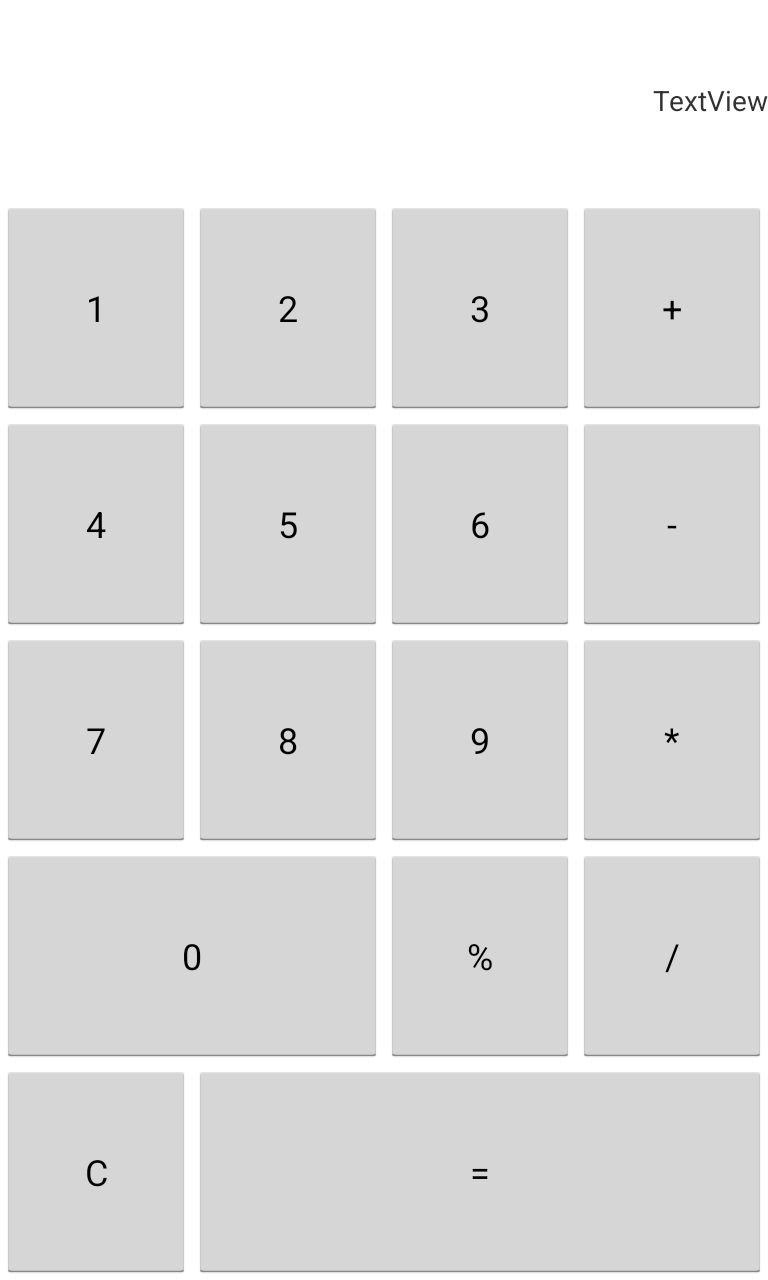
Repository: DoTrungKien96/Android
Layout: Baitap Android/thuchanh1/res/layout/activity_main.xml
The author's editor kept a copy of each file at every save. The layout is drawn from the files as they stood at one save, then again after the next save.
It is drawn on a 768 x 1280 px phone screen (xhdpi) without system bars, with theme AppTheme; the app's code is not run.

Above is the layout before, as saved 2017-05-08 13:19:09.

### Baitap Android/thuchanh1/res/layout/activity_main.xml
<LinearLayout xmlns:android="http://schemas.android.com/apk/res/android"
    xmlns:tools="http://schemas.android.com/tools"
    android:layout_width="match_parent"
    android:layout_height="match_parent"

    tools:context=".MainActivity"
    android:orientation="vertical"
    >

    <RelativeLayout
        android:layout_width="match_parent"
        android:layout_height="100dp" >

        <TextView
            android:id="@+id/txtkq"
            android:layout_width="wrap_content"
            android:layout_height="wrap_content"
            android:layout_alignParentRight="true"
            android:layout_centerVertical="true"
            android:text="TextView" />

    </RelativeLayout>

    <LinearLayout
        android:layout_width="match_parent"
        android:layout_height="0dp"
        android:layout_weight="1" >

        <Button
            android:id="@+id/btn1"
            android:layout_width="0dp"
            android:layout_height="match_parent"
            android:layout_weight="1"
            android:text="1" />

        <Button
            android:id="@+id/btn2"
            android:layout_width="0dp"
            android:layout_height="match_parent"
            android:layout_weight="1"
            android:text="2" />

        <Button
            android:id="@+id/btn3"
            android:layout_width="0dp"
            android:layout_height="match_parent"
            android:layout_weight="1"
            android:text="3" />

        <Button
            android:id="@+id/btncong"
            android:layout_width="0dp"
            android:layout_height="match_parent"
            android:layout_weight="1"
            android:text="+" />

    </LinearLayout>

    <LinearLayout
        android:layout_width="match_parent"
        android:layout_height="0dp"
        android:layout_weight="1" >

        <Button
            android:id="@+id/btn4"
            android:layout_width="0dp"
            android:layout_height="match_parent"
            android:layout_weight="1"
            android:text="4" />

        <Button
            android:id="@+id/btn5"
            android:layout_width="0dp"
            android:layout_height="match_parent"
            android:layout_weight="1"
            android:text="5" />

        <Button
            android:id="@+id/btn6"
            android:layout_width="0dp"
            android:layout_height="match_parent"
            android:layout_weight="1"
            android:text="6" />

        <Button
            android:id="@+id/btntru"
            android:layout_width="0dp"
            android:layout_height="match_parent"
            android:layout_weight="1"
            android:text="-" />

    </LinearLayout>

    <LinearLayout
        android:layout_width="match_parent"
        android:layout_height="0dp"
        android:layout_weight="1" >

        <Button
            android:id="@+id/btn7"
            android:layout_width="0dp"
            android:layout_height="match_parent"
            android:layout_weight="1"
            android:text="7" />

        <Button
            android:id="@+id/btn8"
            android:layout_width="0dp"
            android:layout_height="match_parent"
            android:layout_weight="1"
            android:text="8" />

        <Button
            android:id="@+id/btn9"
            android:layout_width="0dp"
            android:layout_height="match_parent"
            android:layout_weight="1"
            android:text="9" />

        <Button
            android:id="@+id/btnnhan"
            android:layout_width="0dp"
            android:layout_height="match_parent"
            android:layout_weight="1"
            android:text="*" />

    </LinearLayout>

    <LinearLayout
        android:layout_width="match_parent"
        android:layout_height="0dp"
        android:layout_weight="1" >

        <Button
            android:id="@+id/btn0"
            android:layout_width="0dp"
            android:layout_height="match_parent"
            android:layout_weight="2"
            android:text="0" />

        <Button
            android:id="@+id/btnptram"
            android:layout_width="0dp"
            android:layout_height="match_parent"
            android:layout_weight="1"
            android:text="%" />

        <Button
            android:id="@+id/btnchia"
            android:layout_width="0dp"
            android:layout_height="match_parent"
            android:layout_weight="1"
            android:text="/" />

    </LinearLayout>

    <LinearLayout
        android:layout_width="match_parent"
        android:layout_height="0dp"
        android:layout_weight="1" >

        <Button
            android:id="@+id/btnxoa"
            android:layout_width="0dp"
            android:layout_height="match_parent"
            android:layout_weight="1"
            android:text="C" />

        <Button
            android:id="@+id/btnbang"
            android:layout_width="0dp"
            android:layout_height="match_parent"
            android:layout_weight="3"
            android:text="=" />

    </LinearLayout>
</LinearLayout>

Loaded but not shown: Baitap Android/thuchanh1/res/values/styles.xml (common file); Baitap Android/thuchanh1/res/values-v11/styles.xml (common file); Baitap Android/thuchanh1/res/values-v14/styles.xml (common file)

After the next save:
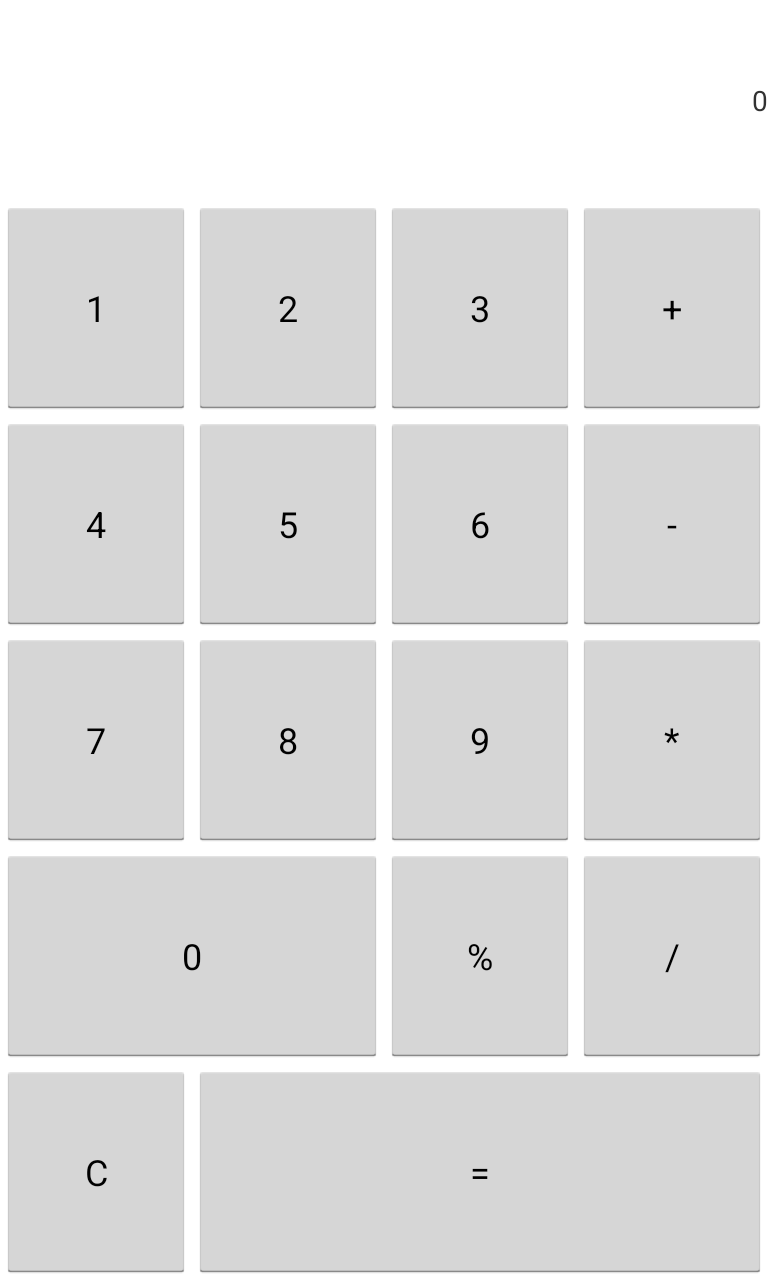
Saved 35 s later.
--- a/Baitap Android/thuchanh1/res/layout/activity_main.xml
+++ b/Baitap Android/thuchanh1/res/layout/activity_main.xml
@@ -17,7 +17,7 @@
             android:layout_height="wrap_content"
             android:layout_alignParentRight="true"
             android:layout_centerVertical="true"
-            android:text="TextView" />
+            android:text="0" />
 
     </RelativeLayout>
 
